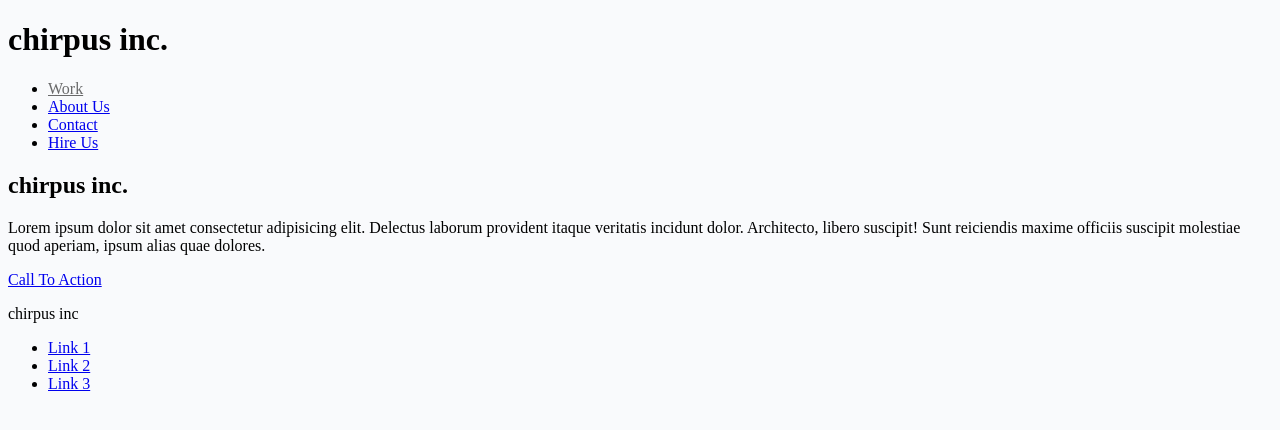
Repository: sudhasew/HTML-CSS-LAB
Page: index.html
These files come from the project's save history. The page is drawn as it stood at one moment and after the next save; the edit follows.
The browser window is 1280 px wide. The pictures show the whole page.

Above is the page before, as saved 2021-09-28 06:59:55.

### index.html
<!DOCTYPE html>
<html lang="en">
	<head>
		<meta charset="UTF-8" />
		<meta http-equiv="X-UA-Compatible" content="IE=edge" />
		<meta name="viewport" content="width=device-width, initial-scale=1.0" />
		<title>Lab 1</title>
		<link rel="stylesheet" href="style.css" />
        <link href="https://fonts.googleapis.com/css?family=Open+Sans:400,600,300" rel="stylesheet" type="text/css">
	</head>
	<body>
		<header>
			<h1>chirpus inc.</h1>
			<nav>
				<ul>
					<li>
						<a class="work" href="#">Work</a>
					</li>
					<li>
						<a class="aboutus" href="#">About Us</a>
					</li>
					<li>
						<a href="#">Contact</a>
					</li>
					<li>
						<a href="#">Hire Us</a>
					</li>
				</ul>
			</nav>
		</header>
		<main>
			<section>
				<h2>chirpus inc.</h2>
				<p>
					Lorem ipsum dolor sit amet consectetur adipisicing elit. Delectus
					laborum provident itaque veritatis incidunt dolor. Architecto, libero
					suscipit! Sunt reiciendis maxime officiis suscipit molestiae quod
					aperiam, ipsum alias quae dolores.
				</p>
				<a href="#">Call To Action</a>
			</section>
		</main>
		<footer>
			<p>chirpus inc</p>
			<nav>
				<ul>
					<li>
						<a href="#">Link 1</a>
					</li>
					<li>
						<a href="#">Link 2</a>
					</li>
					<li>
						<a href="#">Link 3</a>
					</li>
				</ul>
			</nav>
		</footer>
	</body>
</html>

### style.css
 @import url('https://fonts.googleapis.com/css?family=Open+Sans');
 body{
     background-color: #f9fafc;
     color: #000;
 }
 .work{
     color:#69696a;
 }

After the next save:
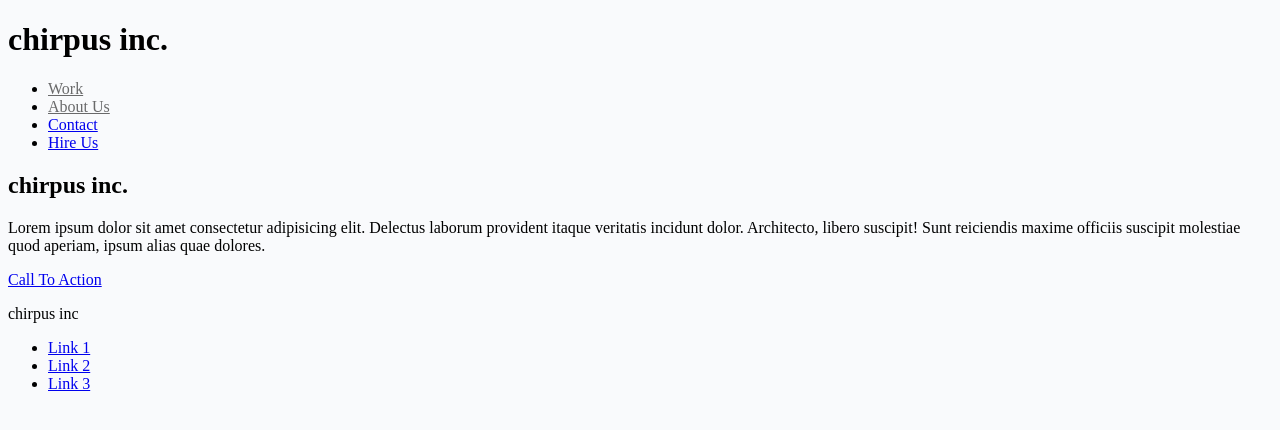
Saved 17 s later.
--- a/style.css
+++ b/style.css
@@ -3,6 +3,6 @@
      background-color: #f9fafc;
      color: #000;
  }
- .work{
+ .work,.aboutus{
      color:#69696a;
  }
